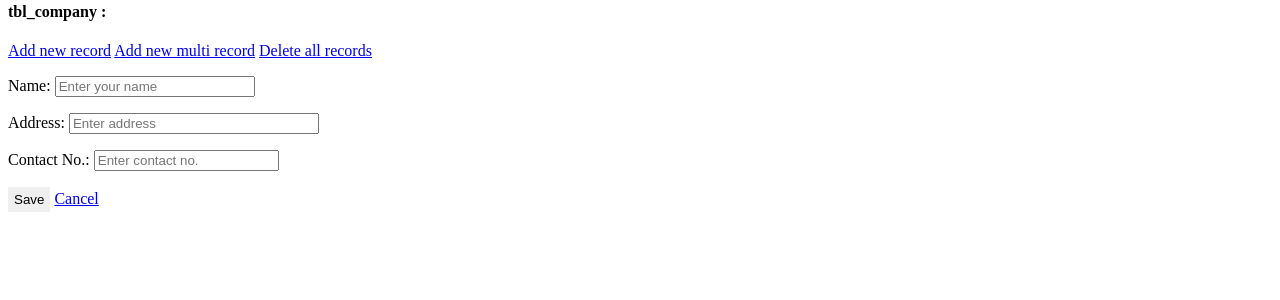
Repository: yatri/Advancephp
Page: http://localhost/views/studentnew.php
These files come from the project's save history. The page is drawn as it stood at one moment and after the next save; the edit follows.
The browser window is 1280 px wide. The pictures show the whole page.
The page is run by PHP 8.4 with error messages shown; the project is at /var/www/html/.

Above is the page before, as saved 2013-12-29 13:22:32.

After the next save:
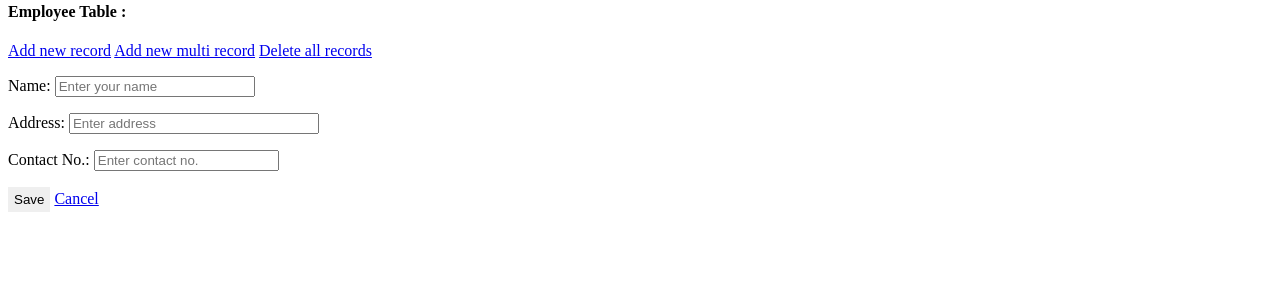
Saved 49 s later.
--- a/mvcoop/views/studentnew.php
+++ b/mvcoop/views/studentnew.php
@@ -12,7 +12,7 @@
 <style>
 	.error { font-family:Arial, Helvetica, sans-serif; font-size:14px; color:#F00;}
 </style>
-<h4 class="clearboth" style="margin-top:-5px;">tbl_company :</h4>
+<h4 class="clearboth" style="margin-top:-5px;">Employee Table :</h4>
         <div class="tblstudent"><!--company table starts here-->
         	<div class="top">
         		<a href="index.php?view=studentnew" class="buttons">Add new record</a>
